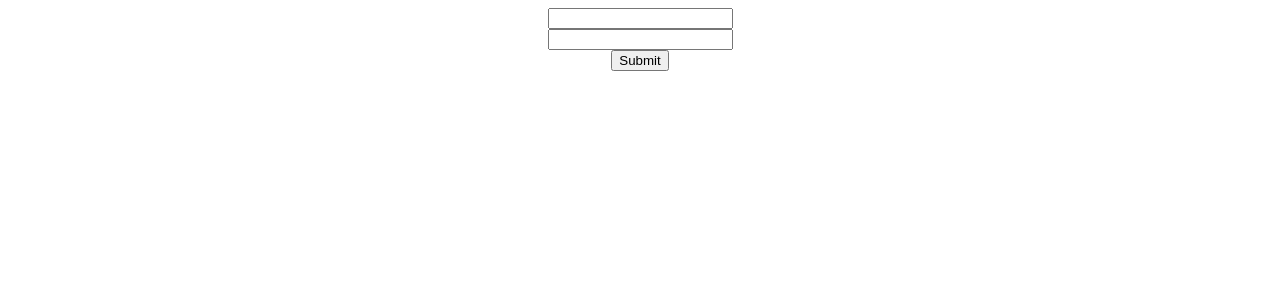
Repository: Hashim-Ansari-82/Servlet-And-JSP
Page: FirstServletDemo/src/main/webapp/index.html
An editor plug-in stored every save of this project. The page is shown before and after the next save, followed by the edit.
The browser window is 1280 px wide. The pictures show the whole page.

Above is the page before, as saved 2026-06-01 19:07:06.

### FirstServletDemo/src/main/webapp/index.html
<!DOCTYPE html>
<html>
<head>
<meta charset="UTF-8">
<title>Insert title here</title>

</head>
<body>
	<div class="container">
		<div class="card">
			<div class="card-body">
			<div align="center">
					<form action="register" method="post">

							<input type="text" name="name"> <br> <input
								type="text" name="email"> <br> <input type="submit"
								style="text-align: center" value="Submit">
					 </form>
					 </div>
				</div>
			</div>
		</div>
</body>
</html>

After the next save:
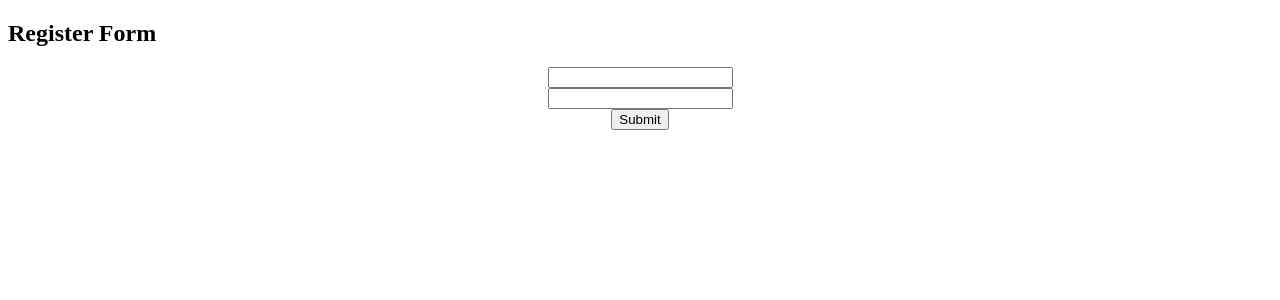
Saved 4 min 39 s later.
--- a/FirstServletDemo/src/main/webapp/index.html
+++ b/FirstServletDemo/src/main/webapp/index.html
@@ -6,6 +6,7 @@
 
 </head>
 <body>
+<h2>Register Form</h2>
 	<div class="container">
 		<div class="card">
 			<div class="card-body">
